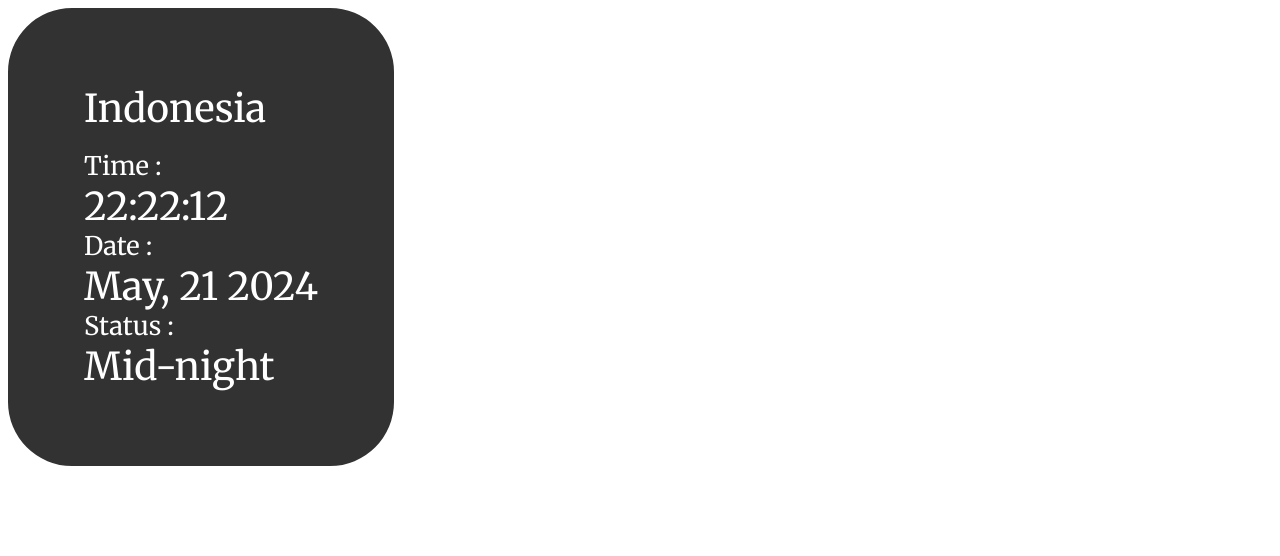
Repository: SnakeXrnt/notion-clock
Page: indonesia.html
An editor plug-in stored every save of this project. The page is shown before and after the next save, followed by the edit.
The browser window is 1280 px wide. The pictures show the whole page.

Above is the page before, as saved 2024-05-21 16:19:19.

After the next save:
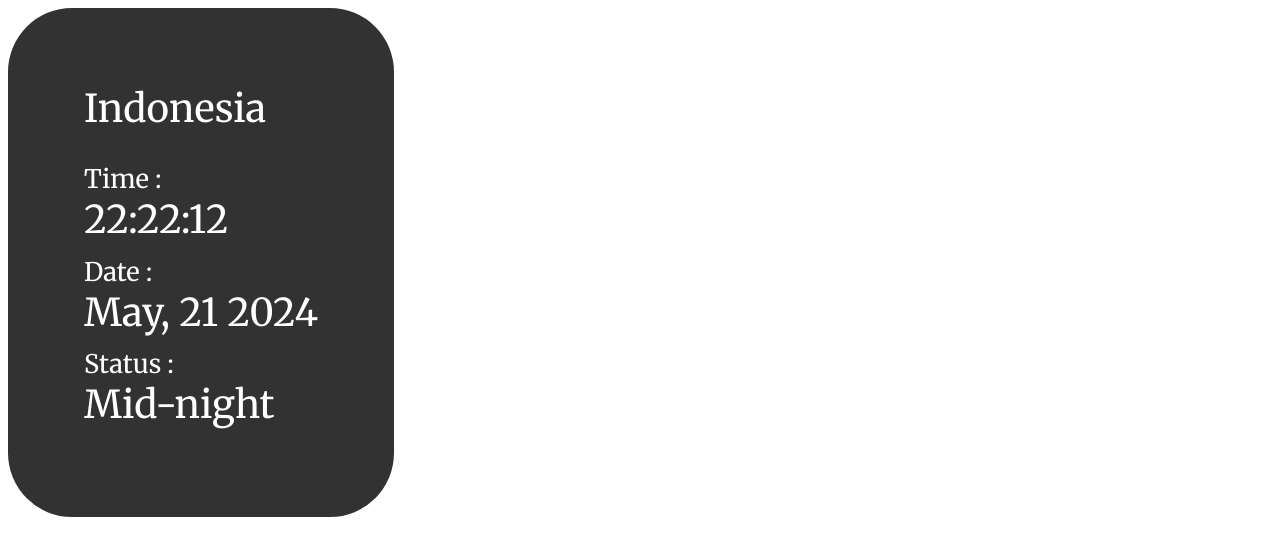
Saved 32 s later.
--- a/indonesia.html
+++ b/indonesia.html
@@ -18,6 +18,7 @@
 
         h1 {
             font-size: 3vw;
+            padding-bottom: 1vw;
         }
         h2 {
             font-size: 2vw;
